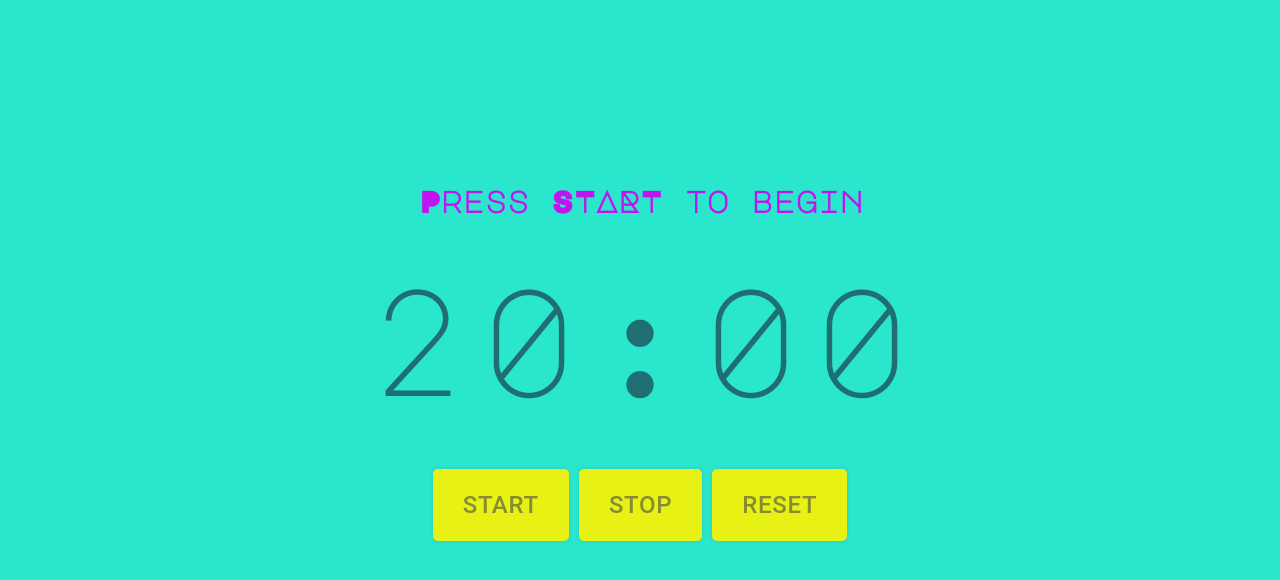
Repository: realistmccoy/pomodoro
Page: /
These files come from the project's save history. The page is drawn as it stood at one moment and after the next save; the edit follows.
The browser window is 1280 px wide. The pictures show the whole page.
The project was rebuilt for these pictures with package versions that can differ from the ones it lists, and the page was loaded fresh each time.

Above is the page before, as saved 2020-12-10 01:02:04.

After the next save:
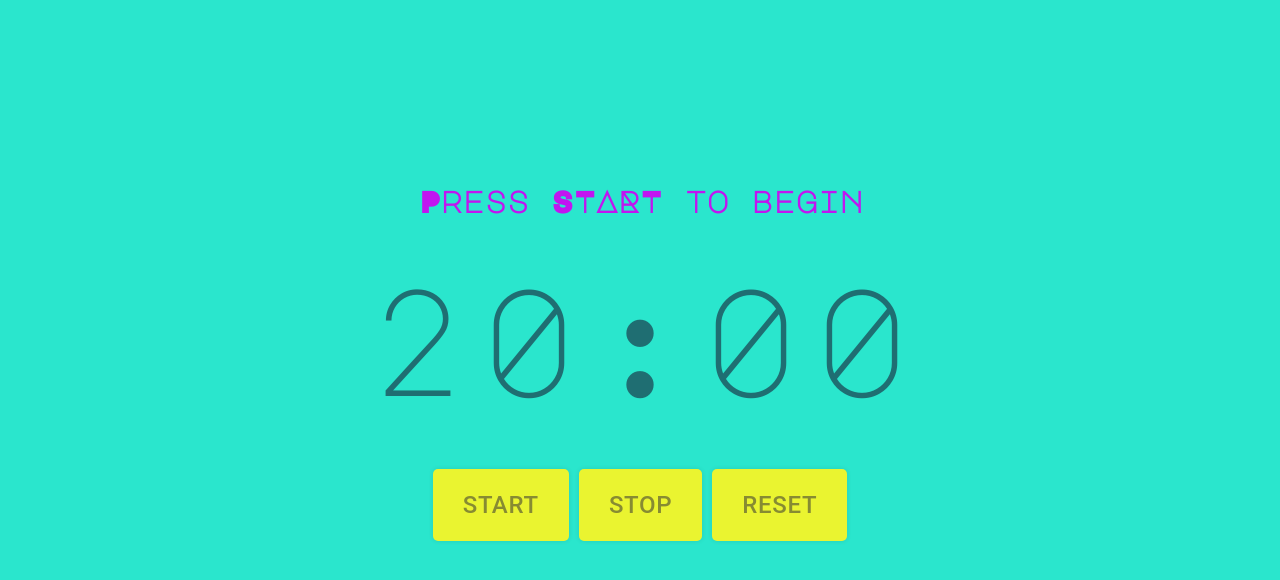
Saved 10 s later.
--- a/src/App.css
+++ b/src/App.css
@@ -40,7 +40,7 @@ h2 {
   outline: none;
   border: none;
   font-size: 24px;
-  background: #e7f214;
+  background: #eaf430;
   color: #878b32;
   border-radius: 5px;
   box-shadow: 0 0 5px rgba(0, 0, 0, 0.1);
